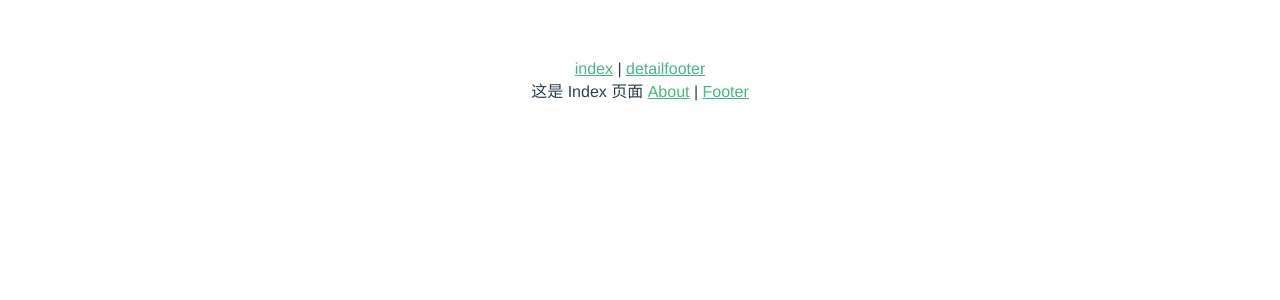
Repository: GAJYA/good-good-study
Page: / (app in 04-Vue/vueRouter/01-vue-base-usage/)
These files come from the project's save history. The page is drawn as it stood at one moment and after the next save; the edit follows.
The browser window is 1280 px wide. The pictures show the whole page.
The project was rebuilt for these pictures with package versions that can differ from the ones it lists, and the page was loaded fresh each time. Also part of the build but not shown: 04-Vue/vueRouter/01-vue-base-usage/src/vue-router/index.js.

Above is the page before, as saved 2021-05-07 09:52:52.

After the next save:
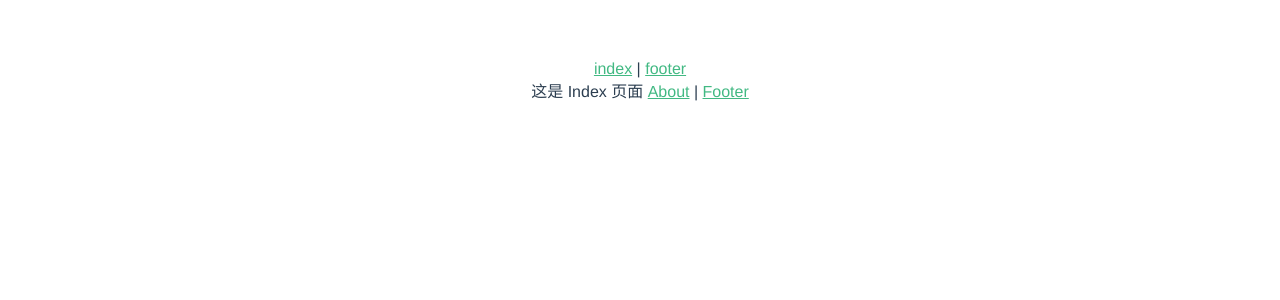
Saved 28 s later.
--- a/04-Vue/vueRouter/01-vue-base-usage/src/App.vue
+++ b/04-Vue/vueRouter/01-vue-base-usage/src/App.vue
@@ -2,7 +2,7 @@
   <div id="app">
     <router-link to="/">index</router-link> |
     <!-- <router-link to="/about">about</router-link> | -->
-    <router-link to="/detail/123">detail</router-link>
+    <!-- <router-link to="/detail/123">detail</router-link>   -->
     <router-link to="/footer">footer</router-link>
 
     <router-view></router-view>
